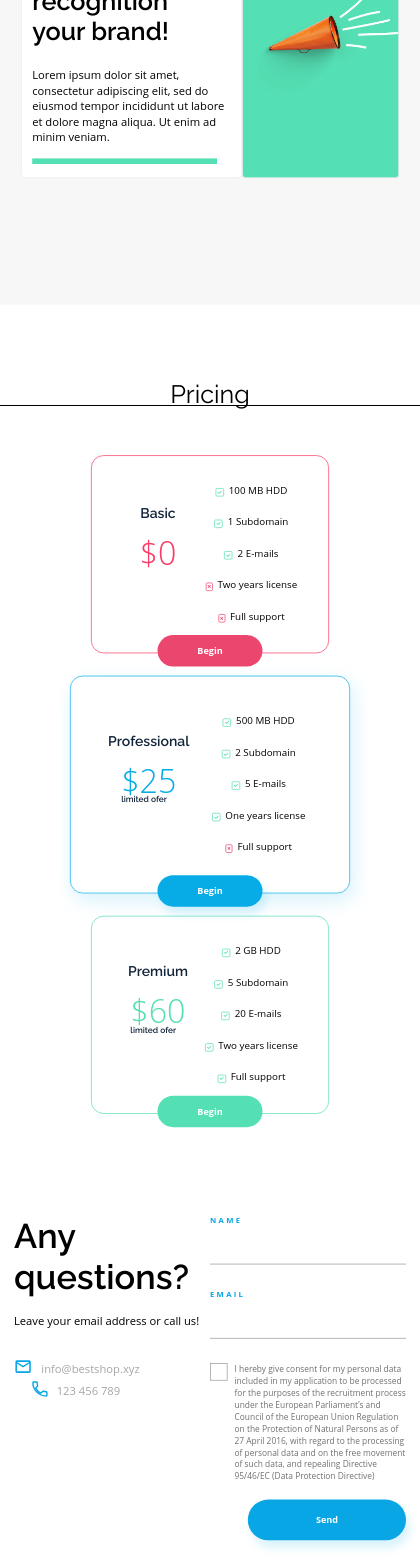
Repository: VolodymyrDubnytskyi/BestShop_project
Page: index.html
An editor plug-in stored every save of this project. The page is shown before and after the next save, followed by the edit.
The browser window is 600 px wide. The pictures show the part of the page from y = 2326 to 4566 px (the page is 4743 px tall), at 70% of full size.
Some web libraries are served in a nearby version.

Above is the page before, as saved 2020-01-18 13:07:44.

After the next save:
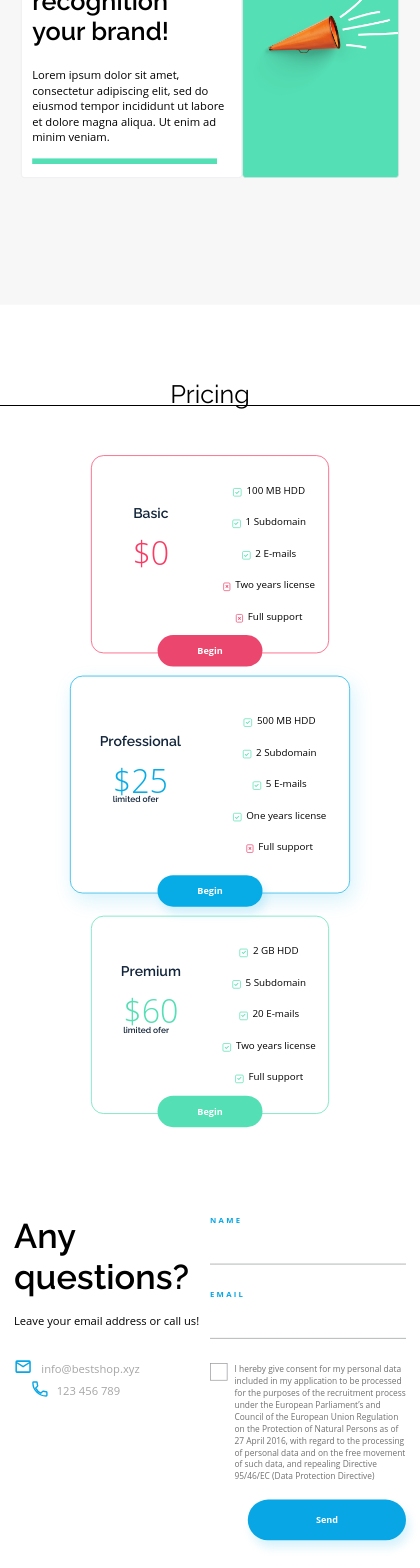
Saved 19 s later.
--- a/css/style.css
+++ b/css/style.css
@@ -960,9 +960,9 @@ background-color: #eb476d1d;
     top: auto;
   }
   .pricing-box-heading{
-flex-basis: 35%;
+flex-basis: 50%;
   }
   .pricing-container-for-content{
-    flex-basis: 44%;
-  }
-}
+    flex-basis: 50%;
+  }
+}
